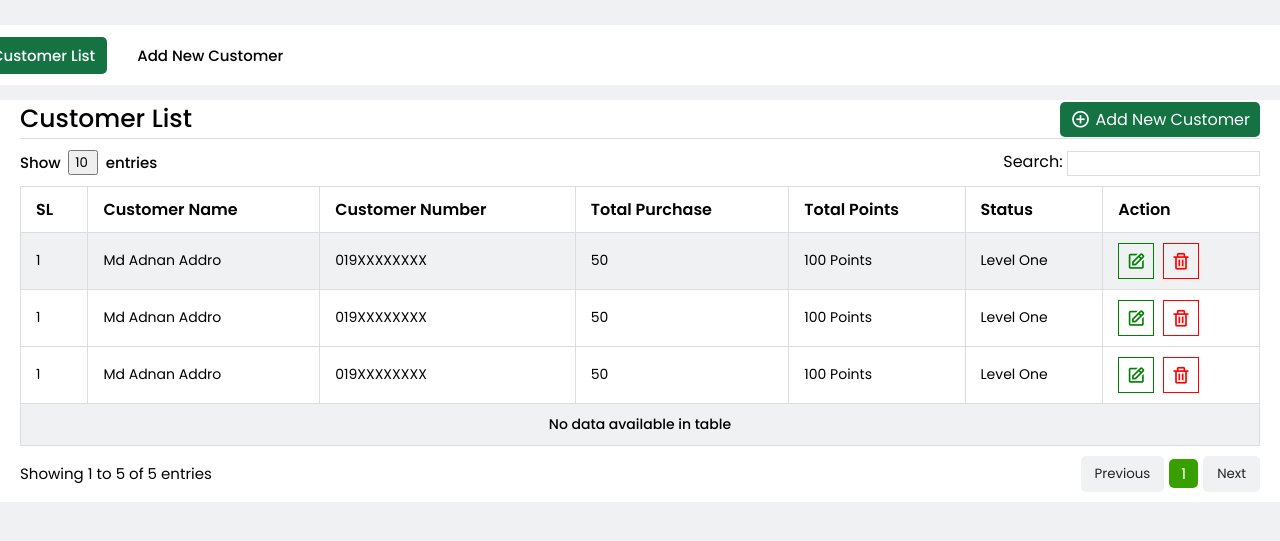
Repository: codebyaddro/customer-page
Page: customer.html
The author's editor kept a copy of each file at every save. The page is drawn from the files as they stood at one save, then again after the next save.
The browser window is 1280 px wide. The pictures show the whole page.
The pointer rests on the first visible `.cba-cusc-delete-icon`.

Above is the page before, as saved 2025-02-20 14:28:33.

### customer.html
<!DOCTYPE html>
<html lang="en">
<head>
    <meta charset="UTF-8">
    <meta name="viewport" content="width=device-width, initial-scale=1.0">
    <!-- CSS -->
    <link rel="stylesheet" href="css/customer.css">
    <!-- Icons -->
    <link href='https://unpkg.com/boxicons@2.1.4/css/boxicons.min.css' rel='stylesheet'>
    <title>Customer - Page</title>
</head>
<body style="background-color: var(--gray-white);">
    <div class="cba-customer-container">
        <div class="cba-cusc-top-menus">
            <ul>
                <li><a href="/index.html" class="cba-cusc-active-menu">Customer List</a></li>
                <li><a href="/inner-pages/html/anc.html" class="cba-cusc-light-up">Add New Customer</a></li>
            </ul>
        </div>
        <div class="cba-cusc-list-container">
            <div class="cba-cusc-heading-add-new-btn">
                <div class="cba-cusc-heading">
                    <h2>Customer List</h2>
                </div>
                <div class="cba-cusc-add-new-btn">
                    <i class='cba-cusc-add-icon bx bx-plus-circle'></i>
                    <a href="/inner-pages/html/anc.html">Add New Customer</a>
                </div>
            </div>
            <div class="cba-cusc-list-short-dpdwn-search-box">
                <div class="cba-cusc-list-short-dpdwn">
                    <h3>Show</h3>
                    <select name="10" id="">
                        <option value="">10</option>
                        <option value="">20</option>
                        <option value="">30</option>
                        <option value="">All</option>
                    </select>
                    <h3>entries</h3>
                </div>
                <div class="cba-cusc-search-box">
                    <legend>Search: <input type="text"></legend>
                </div>
            </div>
            <div class="cba-cusc-table-list">
                <table>
                    <thead>
                        <tr>
                            <th title="SL">SL</th>
                            <th title="Code">Customer Name</th>
                            <th title="Category Name">Customer Number</th>
                            <th title="Status">Total Purchase</th>
                            <th title="Status">Total Points</th>
                            <th title="Status">Status</th>
                            <th title="Action">Action</th>
                        </tr>
                    </thead>
                    <tbody>
                        <tr>
                            <td>1</td>
                            <td>Md Adnan Addro</td>
                            <td>019XXXXXXXX</td>
                            <td>50</td>
                            <td><span>100</span> Points</td>
                            <td><span class="cba-cusc-ls1">Level One</span></td>
                            <td>
                                <a title="Edit" href="#"><i class='cba-cusc-edit-icon bx bx-edit'></i></a>
                                <a title="Delete" href="#"><i class='cba-cusc-delete-icon bx bx-trash'></i></a>
                            </td>
                        </tr>
                        <tr>
                            <td>1</td>
                            <td>Md Adnan Addro</td>
                            <td>019XXXXXXXX</td>
                            <td>50</td>
                            <td><span>100</span> Points</td>
                            <td><span class="cba-cusc-ls1">Level One</span></td>
                            <td>
                                <a title="Edit" href="#"><i class='cba-cusc-edit-icon bx bx-edit'></i></a>
                                <a title="Delete" href="#"><i class='cba-cusc-delete-icon bx bx-trash'></i></a>
                            </td>
                        </tr>
                        <tr>
                            <td>1</td>
                            <td>Md Adnan Addro</td>
                            <td>019XXXXXXXX</td>
                            <td>50</td>
                            <td><span>100</span> Points</td>
                            <td><span class="cba-cusc-ls1">Level One</span></td>
                            <td>
                                <a title="Edit" href="#"><i class='cba-cusc-edit-icon bx bx-edit'></i></a>
                                <a title="Delete" href="#"><i class='cba-cusc-delete-icon bx bx-trash'></i></a>
                            </td>
                        </tr>
                        <tr class="cba-cusc-no-data-available">
                            <th colspan="7">No data available in table</th>
                        </tr>
                    </tbody>
                </table>
            </div>
            <div class="cba-cusc-entries-details-list-page-btn">
                <div class="cba-cusc-entries-details">
                    Showing <span>1</span> to <span>5</span> of <span>5</span> entries
                </div>
                <div class="cba-cusc-list-page-btn">
                    <button>Previous</button>
                    <h4><span>1</span></h4>
                    <button>Next</button>
                </div>
            </div>
        </div>
    </div>
</body>
</html>

### css/customer.css
/* -- fonts -- */
@import url('https://fonts.googleapis.com/css2?family=Poppins:ital,wght@0,100;0,200;0,300;0,400;0,500;0,600;0,700;0,800;0,900;1,100;1,200;1,300;1,400;1,500;1,600;1,700;1,800;1,900&family=Raleway:ital,wght@0,100..900;1,100..900&family=Roboto:ital,wght@0,100;0,300;0,400;0,500;0,700;0,900;1,100;1,300;1,400;1,500;1,700;1,900&family=VT323&display=swap');

/* -- root -- */

:root {
    --gray-white: #F0F1F2; /* For body*/
    --white: #FFFFFF;
    --black: #000000;
    --gray-black: #DDDDDD;
    --lt-black: #212523;
    --lt-black-op: #21252350;
    --main-green: #157343;
    --main-lt: #37A000;
    --lt-orange: #FD7E14;
    --green: #008000;
    --lt-green: #e9f6ec;
    --red: #FF0000;
    --lt-red: #fbeaec;
    --blue: #0000FF;
    --lt-blue: #e6e6ff;
}

/* --universal style -- */

* {
    margin: 0;
    padding: 0;
    box-sizing: border-box;
    font-family: "Poppins", serif;
}

/* -- website app text selection cursor style */

::selection {
    color: var(--white);
    background-color: var(--main-light);
}

/* -- customer container style -- */

.cba-customer-container {
    width: 100%;
    margin-top: 25px;
}

/* -- top menus style--  */

.cba-cusc-top-menus {
    background-color: var(--white);
    display: flex;
    justify-content: left;
    align-items: center;
    height: 60px;
    margin-bottom: 15px;
}

.cba-cusc-top-menus ul {
    list-style-type: none;
    display: flex;
    gap: 30px;
    margin-left: -20px;
}

.cba-cusc-top-menus ul li a {
    text-decoration: none;
    color: var(--black);
    font-size: 15px;
    font-weight: 500;
}

/* -- active menu style -- */

.cba-cusc-active-menu {
    color: var(--white)!important;
    background-color: var(--main-green);
    padding: 8px 12px;
    border-radius: 5px;
}

/* -- menu hover style -- */

.cba-cusc-light-up:hover {
    color: var(--light-orange);
}

/* -- list container style -- */

.cba-cusc-list-container {
    background-color: var(--white);
    padding: 0px 20px;
}

/* -- heading-add-new-btn style -- */

.cba-cusc-heading-add-new-btn {
    display: flex;
    justify-content: space-between;
    align-items: center;
    border-bottom: 1px solid var(--gray-black) ;
}

.cba-cusc-heading h2 {
    color: var(--light-black);
    font-size: 25px;
    font-weight: 500;
}

/* -- add-new-btn style -- */

.cba-cusc-add-new-btn {
    display: flex;
    gap: 5px;
    justify-content: baseline;
    align-items: center;
}

.cba-cusc-add-new-btn {
    background-color: var(--main-green);
    padding: 5px 10px;
    border-radius: 5px;
}

.cba-cusc-add-new-btn a {
    color: var(--white);
    text-decoration: none;
}

.cba-cusc-add-icon {
    color: var(--white);
    font-size: 20px;
}

/* -- list-short-dpdwn-search-box style -- */

.cba-cusc-list-short-dpdwn-search-box {
    display: flex;
    justify-content: space-between;
    align-items: center;
    padding: 10px 0px;
}

/* -- list-short-dpdwn style -- */

.cba-cusc-list-short-dpdwn {
    display: flex;
    gap: 7.5px;
    align-items: center;
}

.cba-cusc-list-short-dpdwn h3 {
    color: var(--light-black);
    font-size: 15px;
    font-weight: 500;
}

.cba-cusc-list-short-dpdwn select {
    color: var(--light-black);
    appearance: none;
    height: 25px;
    width: 30px;
    padding-left: 6px;
    outline: none;
    border-radius: 2.5px;
}

/* -- search-box style -- */

.cba-cusc-search-box {
    display: flex;
    align-items: center;
}

.cba-cusc-search-box legend {
    color: var(--light-black);
}

.cba-cusc-search-box input {
    outline: none;
    height: 25px;
    width: 193px;
    border: 1px solid var(--gray-black);
}

/* -- table-list style --*/

table {
    border-collapse: collapse;
    width: 100%;
}

@media (max-width: 768px) {
    table {
        width: 100%;
        padding: 0rem;
        display: block;
        overflow-x: scroll;
        overflow-y: hidden;
        scrollbar-width: thin;
        scrollbar-color: var(--black);
    }
}

/* -- thead style -- */

thead {
    cursor: pointer;
}

th, td {
    border: 1px solid var(--gray-black);
    padding: 10px 15px;
}

thead tr th {
    font-size: 1rem;
    font-weight: 600;
    text-align: left;
}

tbody tr td {
    font-size: 0.875rem;
}

tbody tr:hover {
    background-color: var(--gray-white);
}

/* -- tbody style -- */

/* status style */

.cba-cusc-active {
    color: var(--green);
    background-color: var(--light-green);
    font-size: 12px;
    font-weight: 500;
    padding: 2.5px 7.5px;
    border-radius: 5px;
}

.cba-cusc-inactive {
    color: var(--red);
    background-color: var(--light-red);
    font-size: 12px;
    font-weight: 500;
    padding: 2.5px 7.5px;
    border-radius: 5px;
}

/* -- action style -- */

.cba-cusc-edit-icon {
    color: var(--green);
    background-color: var(--light-green);
    padding: 7px 7px;
    margin-right: 2.5px;
    border: 1px solid var(--green);
    font-size: 20px;
}

.cba-cusc-edit-icon:hover {
    background-color: var(--light-black-op);
}

.cba-cusc-delete-icon {
    color: var(--red);
    background-color: var(--light-red);
    padding: 7px 7px;
    margin-left: 2.5px;
    border: 1px solid var(--red);
    font-size: 20px;
}

.cba-cusc-delete-icon:hover {
    background-color: var(--light-black-op);
}

/* -- no data style */

.cba-cusc-no-data-available th {
    font-size: 14px;
    font-weight:500;
    color: var(--black);
    background-color: var(--gray-white);
}

/* -- entries-details-list-page-btn style -- */

.cba-cusc-entries-details-list-page-btn {
    display: flex;
    justify-content: space-between;
    align-items: center;
    padding: 10px 0px;
}

.cba-cusc-entries-details {
    color: var(--black);
    font-size: 15px;
}

.cba-cusc-list-page-btn {
    display: flex;
    gap: 5px;
    align-items: center;
}

.cba-cusc-list-page-btn button {
    color: var(--lt-black);
    background-color: var(--gray-white);
    padding: 8px 14px;
    border: none;
    border-radius: 5px;
    cursor: pointer;
}

.cba-cusc-list-page-btn > h4 {
    color: var(--white);
    background-color: var(--main-lt);
    font-size: 15px;
    font-weight: 400;
    padding: 3px 12px;
    border-radius: 5px;
}

After the next save:
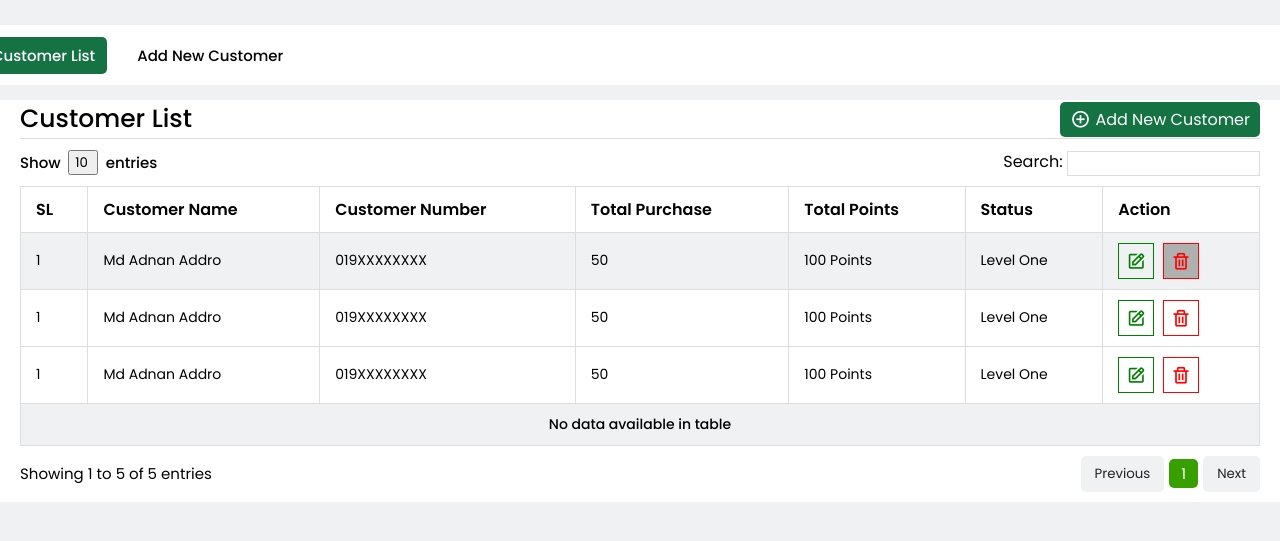
Saved 8 s later.
--- a/css/customer.css
+++ b/css/customer.css
@@ -273,7 +273,7 @@ tbody tr:hover {
 }
 
 .cba-cusc-delete-icon:hover {
-    background-color: var(--light-black-op);
+    background-color: var(--lt-black-op);
 }
 
 /* -- no data style */
